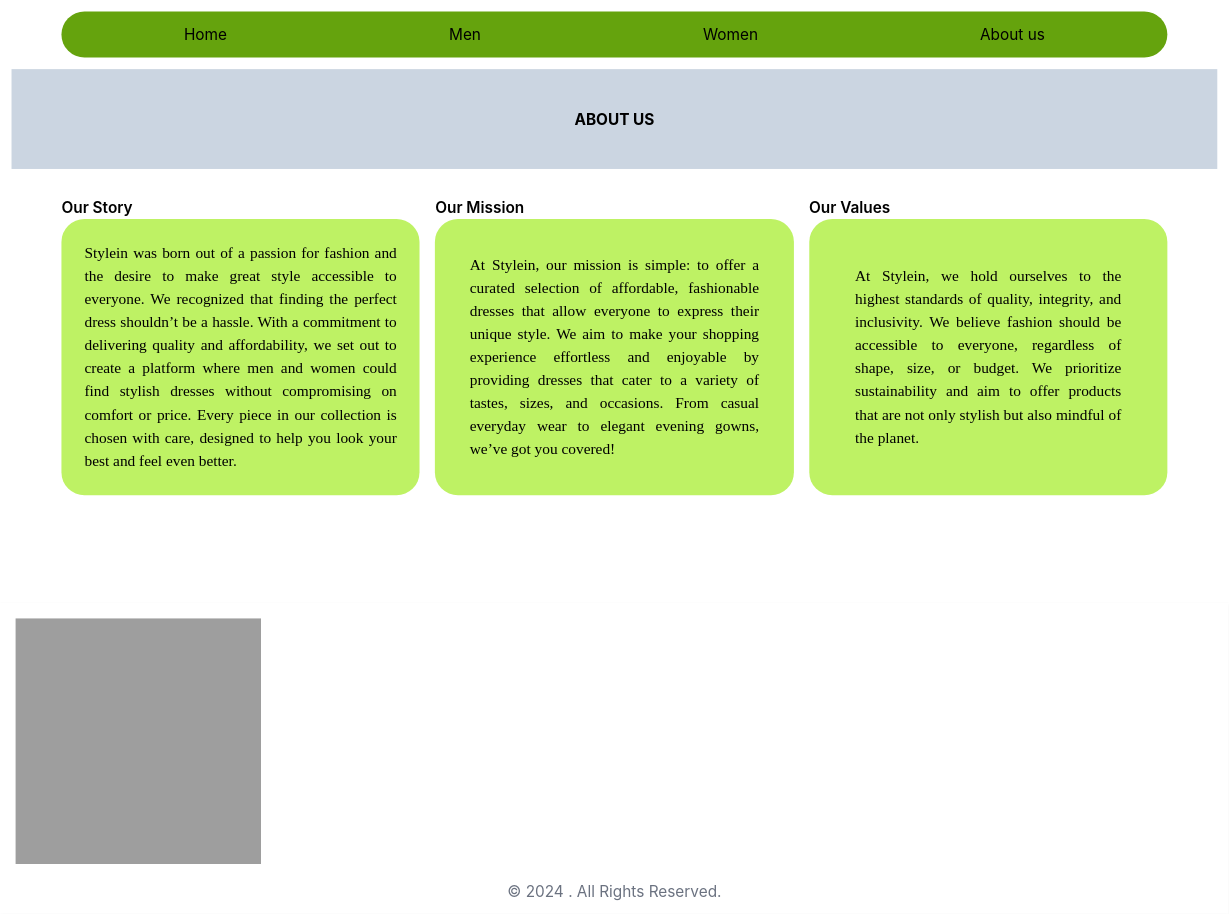
Repository: Mohankkanth/StyleIn_ShoppingSite
Page: /AboutUs
An editor plug-in stored every save of this project. The page is shown before and after a run of saves, followed by the edit.
The browser window is 1280 px wide. The pictures show the whole page, at 96% of full size.
Pictures or frames that could not be fetched are drawn as grey boxes. The project was rebuilt for these pictures with package versions that can differ from the ones it lists, and the page was loaded fresh each time. Also part of the build but not shown: vite.config.js, src/component/Home/Home.jsx, src/component/api/MenProducts.jsx, src/component/Men/Men.jsx, src/component/Women/Women.jsx, src/component/api/KidsProducts.jsx, src/component/Kids/Kids.jsx, src/component/Errorpage/Errorpage.jsx and 18 more.

Above is the page before, as saved 2024-11-23 14:04:39.

### index.html
<!doctype html>
<html lang="en">

<head>
  <meta charset="UTF-8" />
  <meta name="viewport" content="width=device-width, initial-scale=1.0" />


  <link href="https://fonts.googleapis.com/css2?family=Montserrat:wght@400;700&display=swap" rel="stylesheet" />

  <title>Vite + React</title>



</head>

<body>
  <div id="root"></div>
  <script type="module" src="/src/index.jsx"></script>
</body>

</html>

### src/index.jsx
import ReactDOM from "react-dom";
import { createBrowserRouter, RouterProvider, Outlet } from "react-router-dom";
import Home from "./component/Home/Home";
import Men from "./component/Men/Men";
// import MenProducts from "./component/api/MenProducts";
import Women from "./component/Women/Women";
import Kids from "./component/Kids/Kids";
import Header from "./component/Header/Header";
import Footer from "./component/Footer/Footer";
import "./style.css";
import Errorpage from "./component/ErrorPage/Errorpage";
import Shirt from "./component/Men/Shirt";
import T_Shirt from "./component/Men/T_Shirt";
import Pant from "./component/Men/pant";
import Shorts from "./component/Men/Shorts";
import Boys from "./component/Kids/Boys/Boys";
import Girls from "./component/Kids/Girls/Girls";
import Kurtas from "./component/Women/kurtas";
import Sarees from "./component/Women/Saree";
import Leggin from "./component/Women/Leggin";
import Dupattas from "./component/Women/Dupattas";
import AboutUs from "./component/AboutUs/Aboutus";

const AppLayout = () => {
  return (
    <>
      <Header />
      <Outlet />
      <Footer />
    </>
  );
};

// Router Configuration
const Router = createBrowserRouter([
  {
    path: "/",
    element: <AppLayout />,
    children: [
      {
        path: "/",
        element: <Home />,
      },
      {
        path: "/Home",
        element: <Home />,
      },

      {
        path: "/Men",
        element: <Men />,
      },
      {
        path: "/Women",
        element: <Women/>,
      },
      {
        path: "/Kids",
        element: <Kids />,
      },
      {
        path:"/Shirt",
        element:<Shirt/>,
      },
      {
        path:"/T-Shirt",
        element:<T_Shirt/>,
      },
      {
        path:"/Pant",
        element:<Pant/>,
      },
      {
        path:"/Shorts",
        element:<Shorts/>,
      },
      {
        path:"/KidsBoys",
        element:<Boys/>,
      },
      {
        path:"/KidsGirls",
        element:<Girls/>,
      },

      {
        path:"/Kurtas",
        element:<Kurtas/>,
      },
      {
        path:"/Sarees",
        element:<Sarees/>,
      },
      {
        path:"/Leggins",
        element:<Leggin/>
      },
      {
        path:"/Dupattas",
        element:<Dupattas/>
      },
      {
        path:"/AboutUs",
        element:<AboutUs/>
      }
    ],
    errorElement:<Errorpage/>
  },
]);

// Render the Router
const root = ReactDOM.createRoot(document.getElementById("root"));
root.render(<RouterProvider router={Router} />);

### src/component/Header/Header.jsx
import { Link } from "react-router-dom"

const Header = () => {
  return (
    <>

      <div className="2xl:container mx-auto">
        <div className="w-[90%] mx-auto grid-cols-1">
          <div>
            <ul className="flex justify-around p-3 rounded-3xl bg-lime-600 font-mono mt-3">
              <Link to="/Home">
                <li className="hover:cursor-pointer  hover:text-white">Home</li>
              </Link>
              <Link to="/Men">
                <li className="hover:cursor-pointer  hover:text-white">Men
                </li>

              </Link>
              <Link to="/Women">
                <li className="hover:cursor-pointer  hover:text-white">Women</li>
              </Link>
              {/* <Link to="/Kids">
                <li className="hover:cursor-pointer  hover:text-white">Kids</li>
              </Link> */}
              <Link to="/Aboutus">
              <li className="hover:cursor-pointer  hover:text-white">About us</li>
              </Link>
            </ul>
          </div>
        </div>
      </div>
    </>
  )
}


export default Header

### src/component/Footer/Footer.jsx
import { Link } from "react-router-dom"

const Footer = () => {
  return (
    <>
      <footer className="bg-white  shadow  dark:bg-[#333333] mt-28">
        <div className="w-full mx-auto max-w-screen-xl p-4 md:flex md:items-center md:justify-between">
          <div>
          <img src="https://ik.imagekit.io/Sample/E-Commerce/Logo/StyleIn_Logo-removebg-preview.png?updatedAt=1732345349547" alt="" className="h-64 w-64" />

          </div>

          <div className="text-white">
            <p className="font-bold font-[Raleway]">Address</p>
            <p>
              <p className="font-[Raleway]">Stylein Fashion Store </p>
              123 Fashion Street,<br />
              T. Nagar, Chennai,<br /> Tamil Nadu 600017,
              India</p>
          </div>
          <div className="text-white">
            <p className="font-bold font-[Raleway]">Contact</p>
            <p></p>
            <p className="hover:cursor-pointer">Mobile:&nbsp;9523148795</p>
            <p className="hover:cursor-pointer">Email:&nbsp;support@stylein.com</p>
          </div>

          <div className="text-white">
            <p className="font-bold font-[Raleway]">Customer Service Hours</p>
            <p>
              Monday to Friday: 9:00 AM - 6:00 PM <br />
              Saturday: 10:00 AM - 4:00 PM <br />
              Sunday: Closed</p>
          </div>



        </div>
        <div className="flex justify-center pb-3">
        <span className="text-base  text-gray-500 sm:text-center dark:text-gray-400">
            © 2024{" "}
            {/* <a href="https://flowbite.com/" className="hover:underline">
              Flowbite™ </a> */}
            . All Rights Reserved.
          </span>
          </div>
      </footer>

    </>
  )
}


export default Footer

### src/style.css
@tailwind base;
@tailwind components;
@tailwind utilities;



/*Hero section image starting */

.flip-in-hor-bottom {
	-webkit-animation: flip-in-hor-bottom 0.5s cubic-bezier(0.250, 0.460, 0.450, 0.940) both;
	        animation: flip-in-hor-bottom 2s cubic-bezier(0.250, 0.460, 0.450, 0.940) both;
}


/* ----------------------------------------------
 * Generated by Animista on 2024-11-2 22:17:44
 * Licensed under FreeBSD License.
 * See http://animista.net/license for more info.
 * w: http://animista.net, t: @cssanimista
 * ---------------------------------------------- */

/**
 * ----------------------------------------
 * animation flip-in-hor-bottom
 * ----------------------------------------
 */
 @-webkit-keyframes flip-in-hor-bottom {
    0% {
      -webkit-transform: rotateX(80deg);
              transform: rotateX(80deg);
      opacity: 0;
    }
    100% {
      -webkit-transform: rotateX(0);
              transform: rotateX(0);
      opacity: 1;
    }
  }
  @keyframes flip-in-hor-bottom {
    0% {
      -webkit-transform: rotateX(80deg);
              transform: rotateX(80deg);
      opacity: 0;
    }
    100% {
      -webkit-transform: rotateX(0);
              transform: rotateX(0);
      opacity: 1;
    }
  }

  /*Hero section image ending */




  .shake-horizontal {
	-webkit-animation: shake-horizontal 0.5s cubic-bezier(0.455, 0.030, 0.515, 0.955) both;
	        animation: shake-horizontal 30s cubic-bezier(0.455, 0.030, 0.515, 0.955) both;
}


/* ----------------------------------------------
 * Generated by Animista on 2024-11-2 22:48:21
 * Licensed under FreeBSD License.
 * See http://animista.net/license for more info.
 * w: http://animista.net, t: @cssanimista
 * ---------------------------------------------- */

/**
 * ----------------------------------------
 * animation shake-horizontal
 * ----------------------------------------
 */
 @-webkit-keyframes shake-horizontal {
    0%,
    100% {
      -webkit-transform: translateX(0);
              transform: translateX(0);
    }
    10%,
    30%,
    50%,
    70% {
      -webkit-transform: translateX(-10px);
              transform: translateX(-10px);
    }
    20%,
    40%,
    60% {
      -webkit-transform: translateX(10px);
              transform: translateX(10px);
    }
    80% {
      -webkit-transform: translateX(8px);
              transform: translateX(8px);
    }
    90% {
      -webkit-transform: translateX(-8px);
              transform: translateX(-8px);
    }
  }
  @keyframes shake-horizontal {
    0%,
    100% {
      -webkit-transform: translateX(0);
              transform: translateX(0);
    }
    10%,
    30%,
    50%,
    70% {
      -webkit-transform: translateX(-10px);
              transform: translateX(-10px);
    }
    20%,
    40%,
    60% {
      -webkit-transform: translateX(10px);
              transform: translateX(10px);
    }
    80% {
      -webkit-transform: translateX(8px);
              transform: translateX(8px);
    }
    90% {
      -webkit-transform: translateX(-8px);
              transform: translateX(-8px);
    }
  }

### src/component/AboutUs/Aboutus.jsx

import React from 'react';

const AboutUs = () => {
    return (
        <>
            <div className='2xl:container mx-auto'>
                <p className="font-bold bg-slate-300 text-center p-10 m-3">ABOUT US</p>

                <div className=" w-[90%]  mx-auto grid grid-cols-1 md:grid-cols-3 gap-4 mt-7 ">

                    <div>
                        <p className='font-semibold text-justify '>Our Story</p>
                        <p className='bg-lime-300 p-6 rounded-3xl text-justify font-[Raleway]'>
                            Stylein was born out of a passion for fashion and the desire to make great style accessible to everyone. We recognized that finding the perfect dress shouldn’t be a hassle. With a commitment to delivering quality and affordability, we set out to create a platform where men and women could find stylish dresses without compromising on comfort or price. Every piece in our collection is chosen with care, designed to help you look your best and feel even better.</p>
                    </div>
                    <div>
                        <p className='font-semibold text-justify '>Our Mission</p>
                        <p className='bg-lime-300  rounded-3xl font-[Raleway] p-9 text-justify'>At Stylein, our mission is simple: to offer a curated selection of affordable, fashionable dresses that allow everyone to express their unique style. We aim to make your shopping experience effortless and enjoyable by providing dresses that cater to a variety of tastes, sizes, and occasions. From casual everyday wear to elegant evening gowns, we’ve got you covered!</p>
                    </div>

                    <div>
                        <p className='font-semibold text-justify'>Our Values</p>
                        <p className='bg-lime-300  rounded-3xl font-[Raleway] text-justify p-12'>
                            At Stylein, we hold ourselves to the highest standards of quality, integrity, and inclusivity. We believe fashion should be accessible to everyone, regardless of shape, size, or budget. We prioritize sustainability and aim to offer products that are not only stylish but also mindful of the planet.</p>
                    </div>
                </div>

                <p></p>
            </div>

        </>
    )
}
export default AboutUs

### tailwind.config.js
/** @type {import('tailwindcss').Config} */
export default {
  content: [
    "./index.html",
    "./src/**/*.{js,ts,jsx,tsx}",
  ],
  theme: {
    extend: {
      colors: {
        primary: {"50":"#eff6ff","100":"#dbeafe","200":"#bfdbfe","300":"#93c5fd","400":"#60a5fa","500":"#3b82f6","600":"#2563eb","700":"#1d4ed8","800":"#1e40af","900":"#1e3a8a","950":"#172554"}
      }
    },
    fontFamily: {
      'body': [
    'Inter',
    'ui-sans-serif',
    'system-ui',
    '-apple-system',
    'system-ui',
    'Segoe UI',
    'Roboto',
    'Helvetica Neue',
    'Arial',
    'Noto Sans',
    'sans-serif',
    'Apple Color Emoji',
    'Segoe UI Emoji',
    'Segoe UI Symbol',
    'Noto Color Emoji'
  ],
      'sans': [
    'Inter',
    'ui-sans-serif',
    'system-ui',
    '-apple-system',
    'system-ui',
    'Segoe UI',
    'Roboto',
    'Helvetica Neue',
    'Arial',
    'Noto Sans',
    'sans-serif',
    'Apple Color Emoji',
    'Segoe UI Emoji',
    'Segoe UI Symbol',
    'Noto Color Emoji'
  ]
    }
  },
  plugins: [],
}

After the next 13 saves:
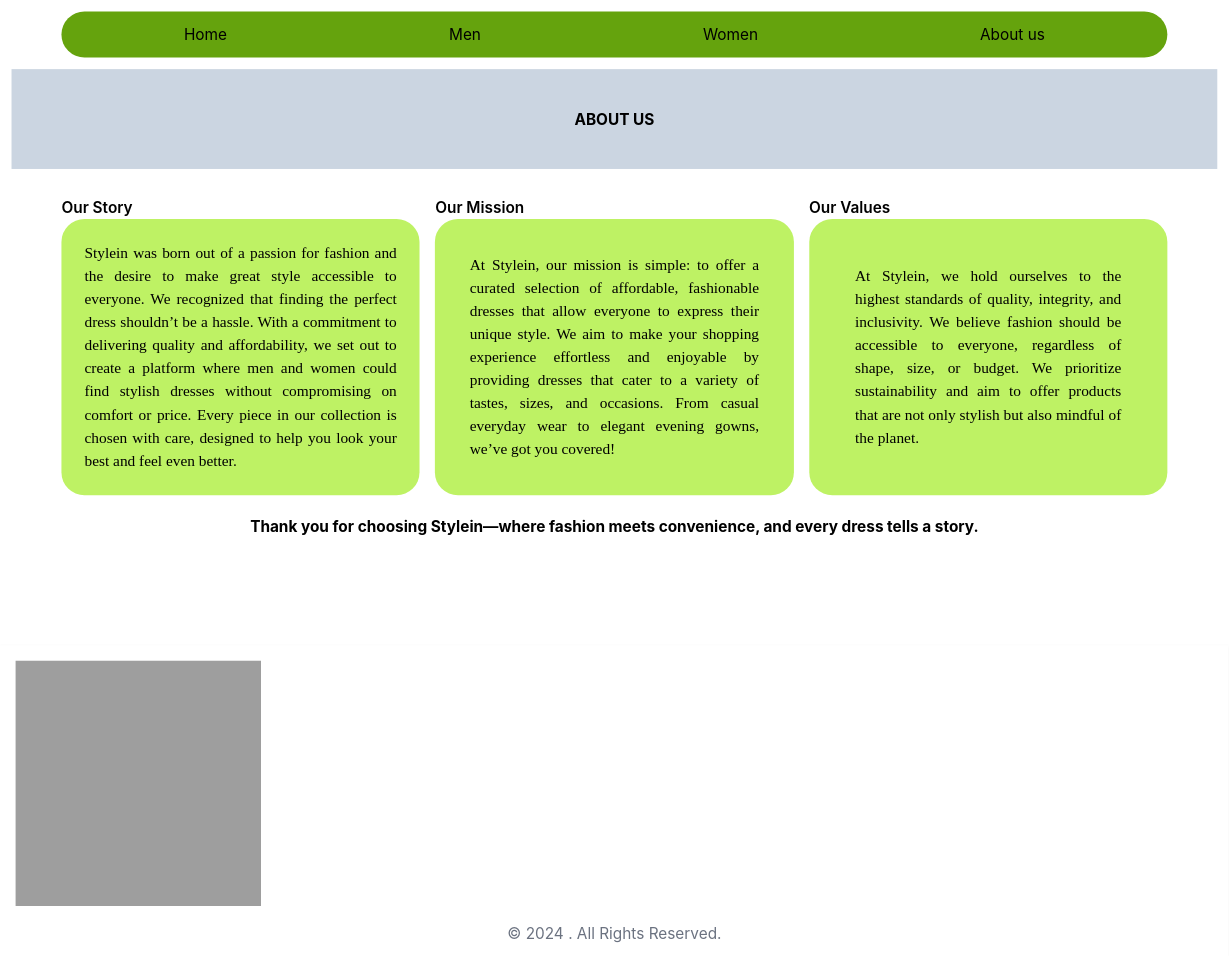
The 13 saves are shown as one change because they came seconds apart.
The last was saved 35 s later.
--- a/src/component/AboutUs/Aboutus.jsx
+++ b/src/component/AboutUs/Aboutus.jsx
@@ -26,7 +26,7 @@
                     </div>
                 </div>
 
-                <p></p>
+                <p className='font-bold text-center mt-5'>Thank you for choosing Stylein—where fashion meets convenience, and every dress tells a story.</p>
             </div>
 
         </>
